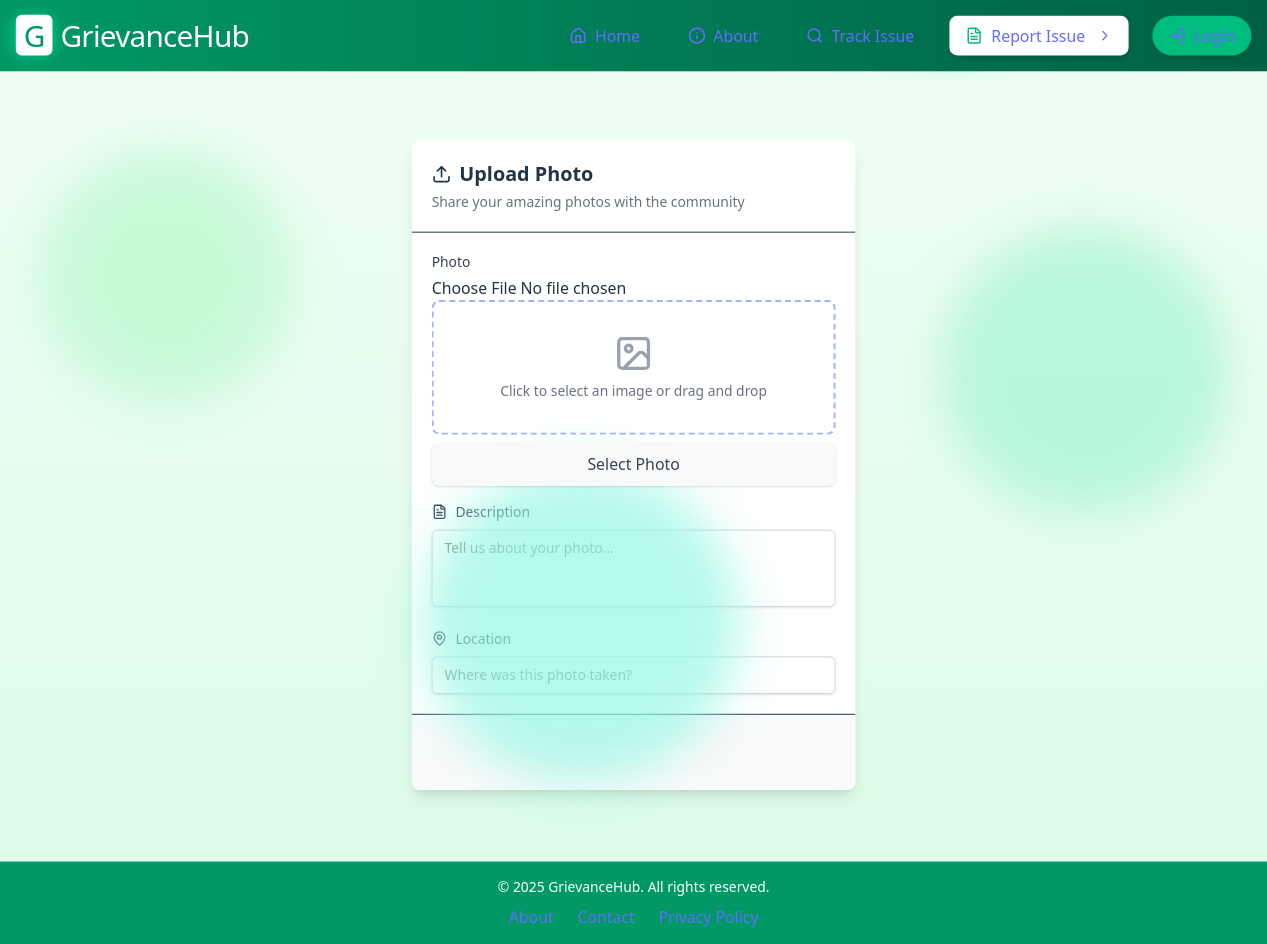
Repository: Aishi4/Grievance-Hub
Page: /report (app in my-vite-Griv/)
An editor plug-in stored every save of this project. The page is shown before and after the next save, followed by the edit.
The browser window is 1280 px wide. The pictures show the whole page, at 99% of full size.
The project was rebuilt for these pictures with package versions that can differ from the ones it lists, and the page was loaded fresh each time. Some packages were replaced by stand-ins written for this rebuild. Also part of the build but not shown: my-vite-Griv/vite.config.js, my-vite-Griv/src/Home.jsx, my-vite-Griv/src/ReportSubmit.jsx, my-vite-Griv/src/Report.jsx, my-vite-Griv/src/App.jsx, my-vite-Griv/src/About.jsx, my-vite-Griv/src/TrackIssue.jsx, my-vite-Griv/src/ViewPhoto.jsx and 1 more.

Above is the page before, as saved 2025-03-29 19:37:35.

After the next save:
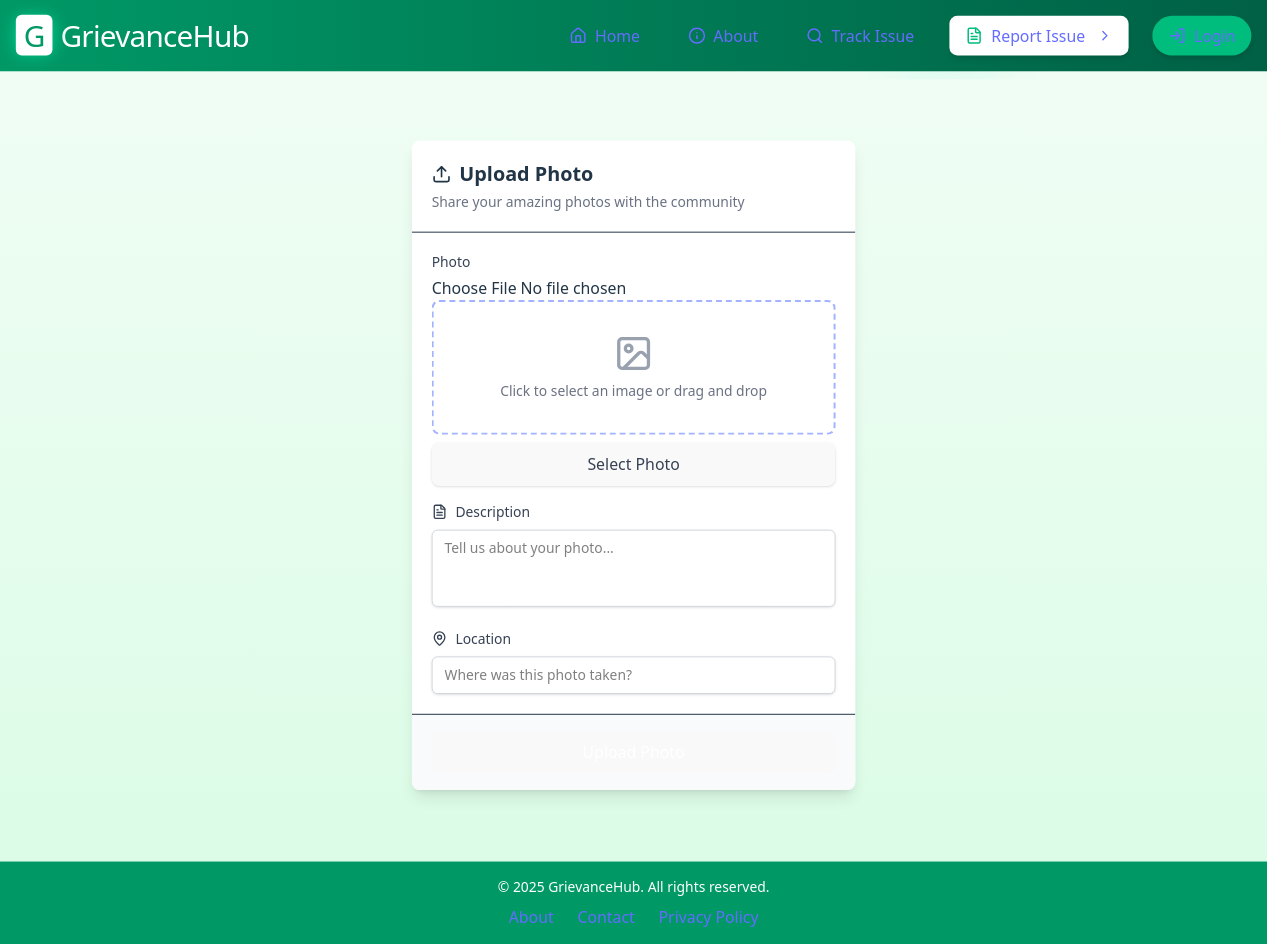
Saved 1 s later.
--- a/my-vite-Griv/src/UploadPhoto.jsx
+++ b/my-vite-Griv/src/UploadPhoto.jsx
@@ -100,11 +100,7 @@ export default function UploadPhoto() {
 
     return (
         <div className="min-h-screen min-w-screen bg-gradient-to-b from-green-50 to-green-100 flex flex-col items-center justify-center px-6 py-12 relative overflow-hidden">
-            <div className="absolute top-0 left-0 w-full h-full overflow-hidden z-0">
-        <div className="absolute top-20 left-10 w-64 h-64 bg-green-200 rounded-full mix-blend-multiply filter blur-xl opacity-70 animate-blob"></div>
-        <div className="absolute top-40 right-10 w-72 h-72 bg-emerald-200 rounded-full mix-blend-multiply filter blur-xl opacity-70 animate-blob animation-delay-2000"></div>
-        <div className="absolute bottom-20 left-1/3 w-80 h-80 bg-teal-200 rounded-full mix-blend-multiply filter blur-xl opacity-70 animate-blob animation-delay-4000"></div>
-      </div>
+
 
   <div className=" p-6 rounded-lg  w-full">
     <div className="w-full max-w-md mx-auto bg-white rounded-lg shadow-lg overflow-hidden">
